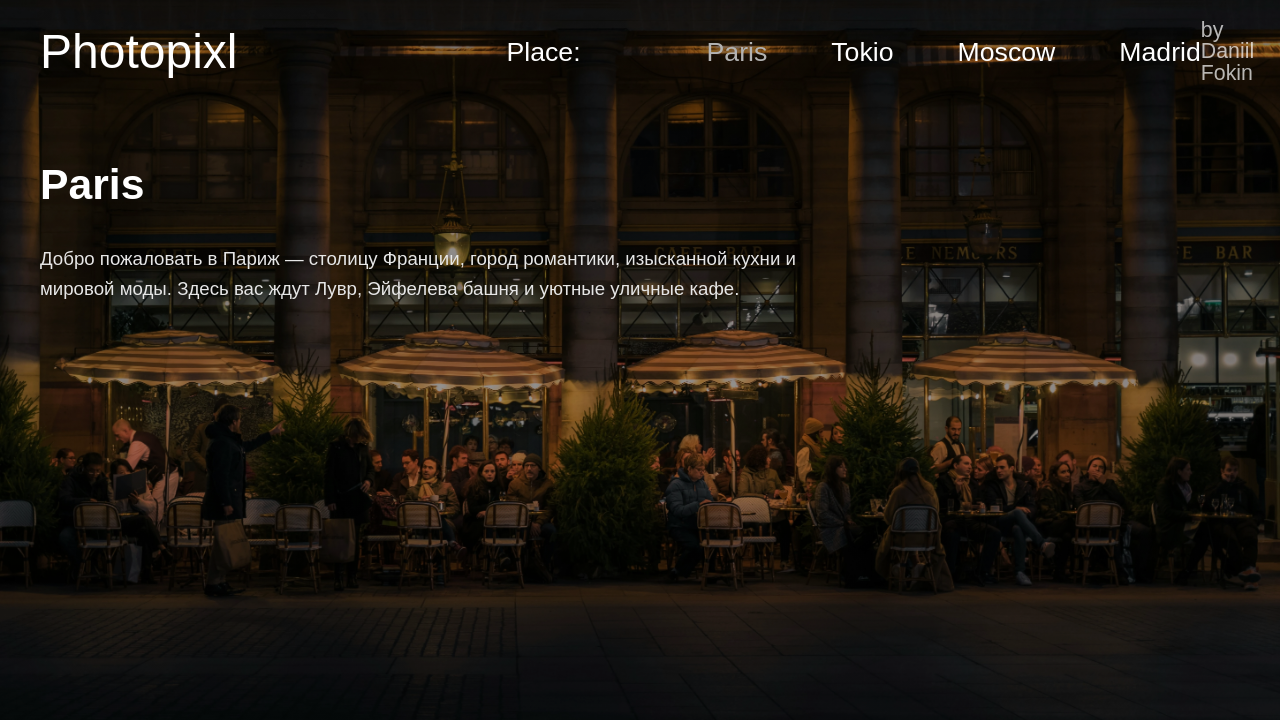
Repository: git-daniil/place-site
Page: index.html
The author's editor kept a copy of each file at every save. The page is drawn from the files as they stood at one save, then again after the next save.
The browser window is 1280 px wide. The pictures show the whole page.
Some web fonts or font styles are not loaded; a fallback is used.

Above is the page before, as saved 2026-05-20 13:31:35.

### index.html
<!DOCTYPE html>
<html lang="ru">
<head>
    <meta charset="UTF-8">
    <meta name="viewport" content="width=device-width, initial-scale=1.0">
    <title>Photopixl — Paris</title>
    <link rel="stylesheet" href="style.css">
</head>
<body>

    <div class="progress-bar-container">
        <div class="progress-bar"></div>
    </div>

    <div class="page-wrapper">
        <nav class="navbar">
            <a href="index.html" class="logo">Photopixl</a>
            <div class="place-label">Place:</div>
            <div class="nav-links">
                <a href="index.html" class="city-link active">Paris</a>
                <a href="tokio.html" class="city-link">Tokio</a>
                <a href="moscow.html" class="city-link">Moscow</a>
                <a href="madrid.html" class="city-link">Madrid</a>
            </div>
            <div class="author-label">by Daniil Fokin</div>
        </nav>

        <section class="paris-bg-1 scroll-section">
            <main class="content-section anim-text">
                <h1>Paris</h1>
                <p>Добро пожаловать в Париж — столицу Франции, город романтики, изысканной кухни и мировой моды. Здесь вас ждут Лувр, Эйфелева башня и уютные уличные кафе.</p>
            </main>
        </section>

        <section class="paris-bg-2 scroll-section">
            <main class="content-section anim-text">
                <h1>Атмосфера старого города</h1>
                <p>Прогуляйтесь по Монмартру, загляните в аутентичные дворики и пройдитесь по тихим мощеным улочкам, где до сих пор витает дух старого Парижа и пахнет свежими круассанами.</p>
            </main>
        </section>

        <section class="paris-bg-3 scroll-section">
            <main class="content-section anim-text">
                <h1>Вечерние огни Сены</h1>
                <p>Когда на город опускаются сумерки, тысячи огней отражаются в воде. Прогулка на речном трамвайчике откроет для вас совершенно другой, магический Париж.</p>
            </main>
        </section>

        <section class="paris-bg-4 scroll-section">
            <main class="content-section anim-text">
                <h1>Сокровища Лувра</h1>
                <p>Один из крупнейших и величайших музеев мира хранит в себе шедевры искусства разных эпох. Проведите день среди великой истории, архитектуры и бессмертных творений.</p>
            </main>
        </section>

        <section class="paris-bg-5 scroll-section">
            <main class="content-section anim-text">
                <h1>Триумфальная арка</h1>
                <p>Величественный монумент на площади Шарля де Голля, ставший символом побед и национальной гордости Франции. Отсюда открывается один из лучших видов на Елисейские поля.</p>
            </main>
        </section>

        <section class="paris-bg-6 scroll-section">
            <main class="content-section anim-text">
                <h1>Эйфелева башня</h1>
                <p>Главный и самый узнаваемый символ не только Парижа, но и всей Франции. Её изящный силуэт восхищает в любое время суток, а вечерняя иллюминация создает ощущение настоящей сказки.</p>
            </main>
        </section>

        <section class="paris-bg-7 scroll-section">
            <main class="content-section anim-text">
                <h1>Парижский туман</h1>
                <p>Загадочные окутанные дымкой улочки раскрывают меланхоличную и кинематографичную сторону города. В такие моменты Париж кажется особенно уединенным и поэтичным.</p>
            </main>
        </section>

        <section class="paris-bg-8 scroll-section thanks-section">
            <div class="thanks-text anim-text">
                Спасибо за внимание
            </div>
        </section>
    </div>

    <script {nonce}>
        window.addEventListener('load', function() {
            const progressBar = document.querySelector('.progress-bar');
            const pageWrapper = document.querySelector('.page-wrapper');
            const progressContainer = document.querySelector('.progress-bar-container');

            progressBar.style.width = '100%';

            setTimeout(() => {
                progressContainer.style.opacity = '0';
                pageWrapper.classList.add('loaded');

                setTimeout(() => {
                    progressContainer.style.display = 'none';
                }, 400);
            }, 500);
        });

        let currentSection = 0;
        const sections = document.querySelectorAll('.scroll-section');
        let isScrolling = false;

        window.addEventListener('wheel', function(e) {
            if (!document.querySelector('.page-wrapper').classList.contains('loaded')) {
                e.preventDefault();
                return;
            }

            e.preventDefault();

            if (isScrolling) return;
            if (Math.abs(e.deltaY) < 60) return;

            isScrolling = true;

            if (e.deltaY > 0) {
                if (currentSection < sections.length - 1) currentSection++;
            } else {
                if (currentSection > 0) currentSection--;
            }

            sections[currentSection].scrollIntoView({ behavior: 'smooth' });

            setTimeout(() => {
                isScrolling = false;
            }, 1000);
        }, { passive: false });

        const observer = new IntersectionObserver((entries) => {
            entries.forEach(entry => {
                if (entry.isIntersecting) {
                    entry.target.classList.add('visible');
                } else {
                    entry.target.classList.remove('visible');
                }
            });
        }, { threshold: 0.3 });

        document.querySelectorAll('.anim-text').forEach(text => {
            observer.observe(text);
        });
    </script>

</body>
</html>

### style.css
@font-face {
    font-family: 'Gilroy-Regular';
    src: local('Gilroy-Regular'), url('fonts/Gilroy-Regular.woff2') format('woff2');
    font-weight: normal;
    font-style: normal;
}
@font-face {
    font-family: 'Seenonim';
    src: local('Seenonim'), url('fonts/Seenonim.woff2') format('woff2');
    font-weight: normal;
    font-style: normal;
}

html, body {
    margin: 0;
    padding: 0;
    height: 100vh;
    overflow: hidden;
    background-color: #ffffff;
    font-family: Arial, sans-serif;
}

.navbar {
    position: fixed;
    top: 0;
    left: 0;
    right: 0;
    display: flex;
    align-items: center;
    background: none;
    padding: 20px 40px;
    z-index: 10;
}

.logo {
    font-family: 'Gilroy-Regular', sans-serif;
    font-size: 36pt;
    color: #ffffff;
    line-height: 1;
    text-decoration: none;
}

.place-label {
    font-family: 'Seenonim', sans-serif;
    font-size: 20pt;
    color: #ffffff;
    margin-left: 269px;
    line-height: 1;
}

.nav-links {
    display: flex;
    margin-left: 126px;
}

.city-link {
    font-family: 'Seenonim', sans-serif;
    font-size: 20pt;
    color: #ffffff;
    text-decoration: none;
    line-height: 1;
}

.city-link.active {
    color: #b3b3b3;
}

.city-link:not(:last-child) {
    margin-right: 64px;
}

.author-label {
    font-family: 'Seenonim', sans-serif;
    font-size: 16pt;
    color: #ffffff;
    line-height: 1;
    margin-left: auto;
    opacity: 0.7;
}

.scroll-section {
    background-size: cover;
    background-position: center;
    background-repeat: no-repeat;
    background-attachment: fixed;
    height: 100vh;
    padding-top: 100px;
    box-sizing: border-box;
}

.paris-bg-1 {
    background-image: linear-gradient(rgba(0, 0, 0, 0.4), rgba(0, 0, 0, 0.4)), url('assets/photo/paris/paris-bg.webp');
}

.paris-bg-2 {
    background-image: linear-gradient(rgba(0, 0, 0, 0.4), rgba(0, 0, 0, 0.4)), url('assets/photo/paris/paris1.webp');
}

.paris-bg-3 {
    background-image: linear-gradient(rgba(0, 0, 0, 0.4), rgba(0, 0, 0, 0.4)), url('assets/photo/paris/paris2.webp');
}

.paris-bg-4 {
    background-image: linear-gradient(rgba(0, 0, 0, 0.4), rgba(0, 0, 0, 0.4)), url('assets/photo/paris/paris3.webp');
}

.paris-bg-5 {
    background-image: linear-gradient(rgba(0, 0, 0, 0.4), rgba(0, 0, 0, 0.4)), url('assets/photo/paris/paris4.webp');
}

.paris-bg-6 {
    background-image: linear-gradient(rgba(0, 0, 0, 0.4), rgba(0, 0, 0, 0.4)), url('assets/photo/paris/paris5.webp');
}

.paris-bg-7 {
    background-image: linear-gradient(rgba(0, 0, 0, 0.4), rgba(0, 0, 0, 0.4)), url('assets/photo/paris/paris6.webp');
}

.paris-bg-8 {
    background-image: linear-gradient(rgba(0, 0, 0, 0.5), rgba(0, 0, 0, 0.5)), url('assets/photo/paris/thanks.webp');
}

.thanks-section {
    display: flex;
    justify-content: center;
    align-items: center;
    padding-top: 0;
}

.thanks-text {
    font-family: 'Gilroy-Regular', sans-serif;
    font-size: 48pt;
    color: #ffffff;
    text-align: center;
}

.content-section {
    padding: 60px 40px;
}

.content-section h1 {
    font-size: 32pt;
    margin-top: 0;
    font-family: 'Gilroy-Regular', sans-serif;
    color: #ffffff;
}

.content-section p {
    font-size: 14pt;
    color: #e6e6e6;
    line-height: 1.6;
    max-width: 800px;
}

.anim-text {
    opacity: 0;
    transform: translateY(40px);
    transition: opacity 1s ease, transform 1s ease;
    transition-delay: 0.4s;
}

.anim-text.visible {
    opacity: 1;
    transform: translateY(0);
}

After the next save:
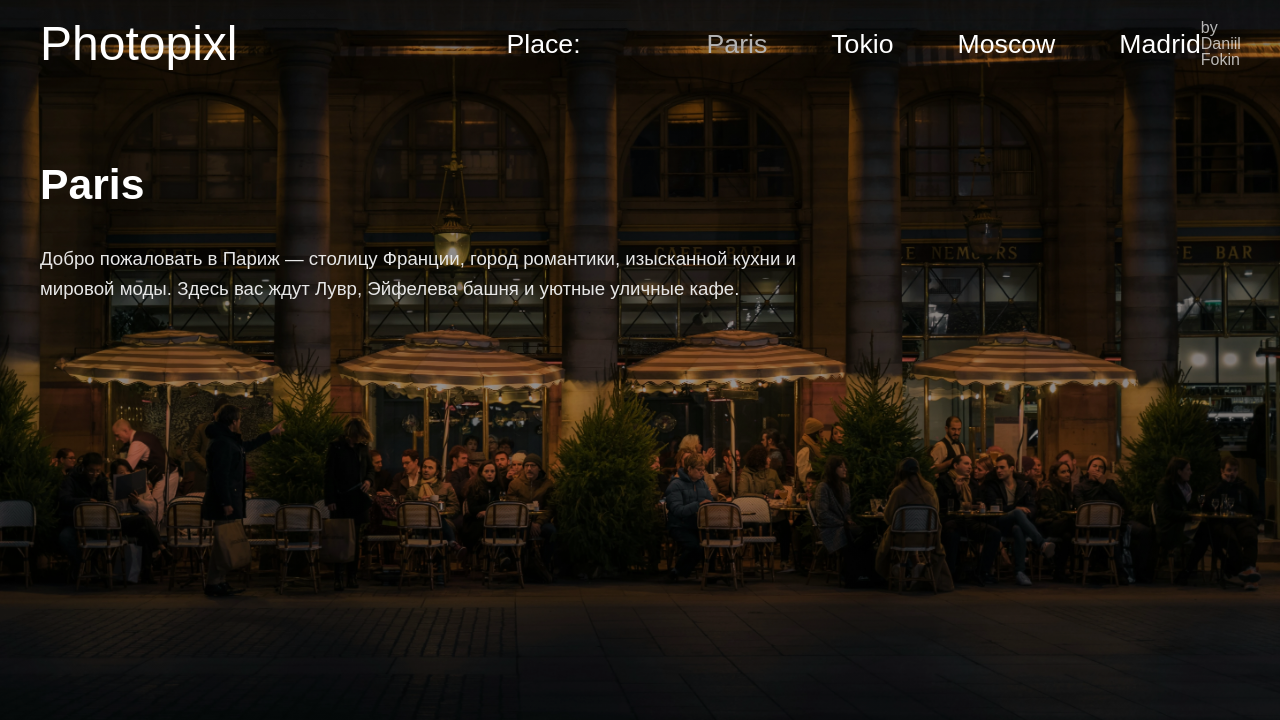
Saved 8 s later.
--- a/style.css
+++ b/style.css
@@ -16,8 +16,37 @@ html, body {
     padding: 0;
     height: 100vh;
     overflow: hidden;
+    background-color: #111111;
+    font-family: Arial, sans-serif;
+}
+
+.progress-bar-container {
+    position: fixed;
+    top: 0;
+    left: 0;
+    width: 100%;
+    height: 3px;
+    background-color: rgba(255, 255, 255, 0.1);
+    z-index: 100;
+    transition: opacity 0.4s ease;
+}
+
+.progress-bar {
+    width: 0%;
+    height: 100%;
     background-color: #ffffff;
-    font-family: Arial, sans-serif;
+    transition: width 0.4s ease-out;
+}
+
+.page-wrapper {
+    opacity: 0;
+    transition: opacity 1.2s ease-in-out;
+    height: 100vh;
+    overflow: hidden;
+}
+
+.page-wrapper.loaded {
+    opacity: 1;
 }
 
 .navbar {
@@ -71,7 +100,7 @@ html, body {
 
 .author-label {
     font-family: 'Seenonim', sans-serif;
-    font-size: 16pt;
+    font-size: 12pt;
     color: #ffffff;
     line-height: 1;
     margin-left: auto;
